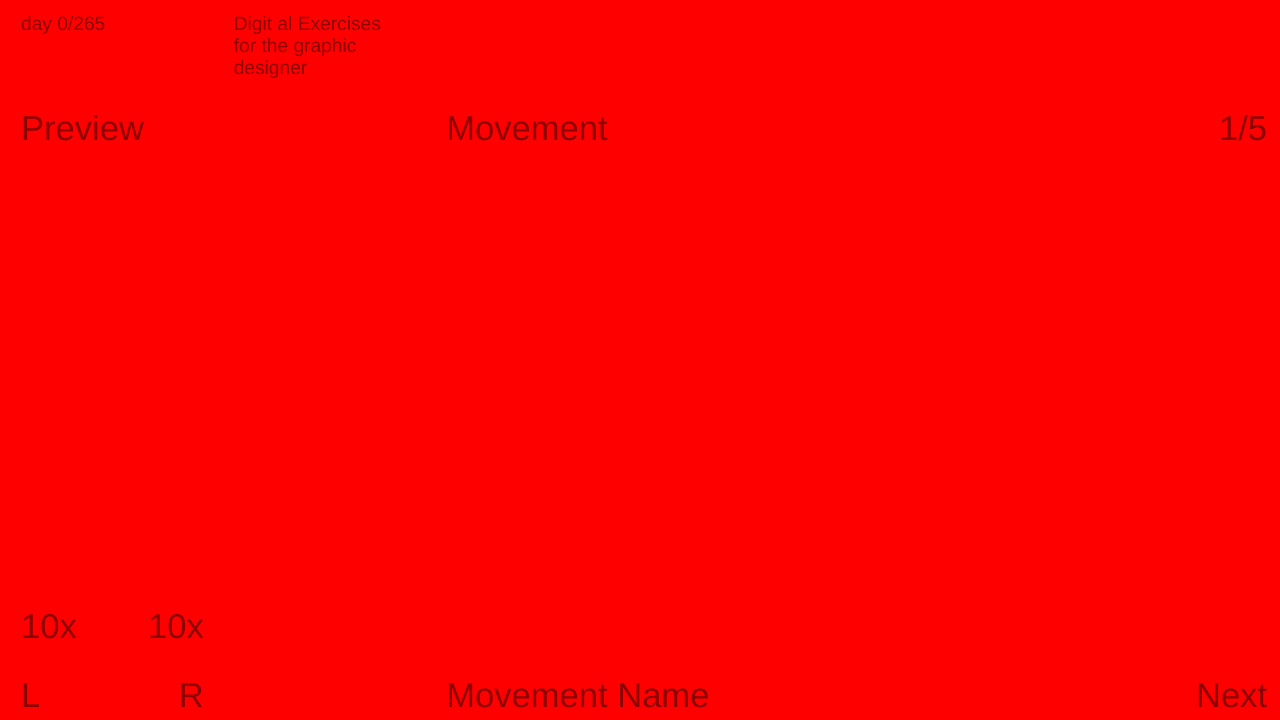
Repository: NoIdeasStudio/holiday-card-2024
Page: digit-al-exercises.html
These files come from the project's save history. The page is drawn as it stood at one moment and after the next save; the edit follows.
The browser window is 1280 px wide. The pictures show the whole page.

Above is the page before, as saved 2024-12-04 12:53:18.

### digit-al-exercises.html
<!DOCTYPE html>
<html lang="en">
<head>
    <meta charset="UTF-8">
    <meta name="viewport" content="width=device-width, initial-scale=1.0">
    <title>digit-al exercises</title>
    <link rel="stylesheet" href="style.css">
</head>
<body>

    <div class="wrapper">
        <header class="small-text header-1">day 0/265</header>
        <header class="small-text header-2">Digit al Exercises <br> for the graphic designer</header>

        <content class="large-text content-header-1">Preview</content>
        <content class="large-text content-header-2">Movement</content>
        <content class="large-text content-header-3">1/5</content>

        <footer class="large-text content-footer-1">10x 10x</footer>
        <footer class="large-text content-footer-2">L R</footer>
        <footer class="large-text content-footer-3">Movement Name</footer>
        <footer class="large-text content-footer-4">Next</footer>

      </div>

</body>
</html>

### style.css
* {
    box-sizing: border-box;
    background-color: #FF0000;
    color: #8D0000;
  }

  .wrapper {
    height: 100vh;
    width: 100vw;
    position: fixed;
    margin: 0 auto;
    font: 1.2em Helvetica, arial, sans-serif;
    display: grid;
    grid-template-columns: repeat(6, [col-start] 4fr);
    grid-template-rows: repeat(12, [row-start] 4fr);
    gap: 20px;
    padding-left: .5rem;
    padding-right: 1rem;
    padding-bottom: .5rem;
  }

  .wrapper > * {
    padding: 5px;
  }

  .large-text{
    font: 1.8em Helvetica, arial, sans-serif;
  }
  .small-text{
    font: 1em Helvetica, arial, sans-serif;
  }

  .header-1{
    grid-column: col-start 1 / span 1;
    grid-row: 1 / 1;
  }
  .header-2{
    grid-column: col-start 2 / span 1;
    grid-row: 1 / 1;
  }
  .content-header-1{
    grid-column: col-start 1 / span 1;
    grid-row: 2 ;
  }
  .content-header-2{
    grid-column: col-start 3 / span 2;
    grid-row: 2 ;
  }
  .content-header-3{
    grid-column: col-start 5 / span 2;
    grid-row: 2 ;
    text-align: right;
  }

  .content-footer-1{
    grid-column: col-start 1 / span 1;
    grid-row: 11 ;
    text-align-last: justify;
  }
  .content-footer-2{
    grid-column: col-start 1 / span 1;
    grid-row: 12 ;
    text-align-last: justify;
  }
  .content-footer-3{
    grid-column: col-start 3 / span 2;
    grid-row: 12 ;
  }
  .content-footer-4{
    grid-column: col-start 5 / span 2;
    grid-row: 12 ;
    text-align: right;
  }



  /* @media (min-width: 500px) {
    .wrapper {
      grid-template-columns: 1fr 3fr;
      grid-template-areas:
        "header  header"
        "nav     nav"
        "sidebar content"
        "ad      footer";
    }
    nav ul {
      display: flex;
      justify-content: space-between;
    }
  } */

  /* @media (min-width: 700px) {
    .wrapper {
      grid-template-columns: 1fr 4fr 1fr;
      grid-template-areas:
        "header header  header"
        "nav    content sidebar"
        "nav    content ad"
        "footer footer  footer";
    }
    nav ul {
      flex-direction: column;
    }
  } */

After the next save:
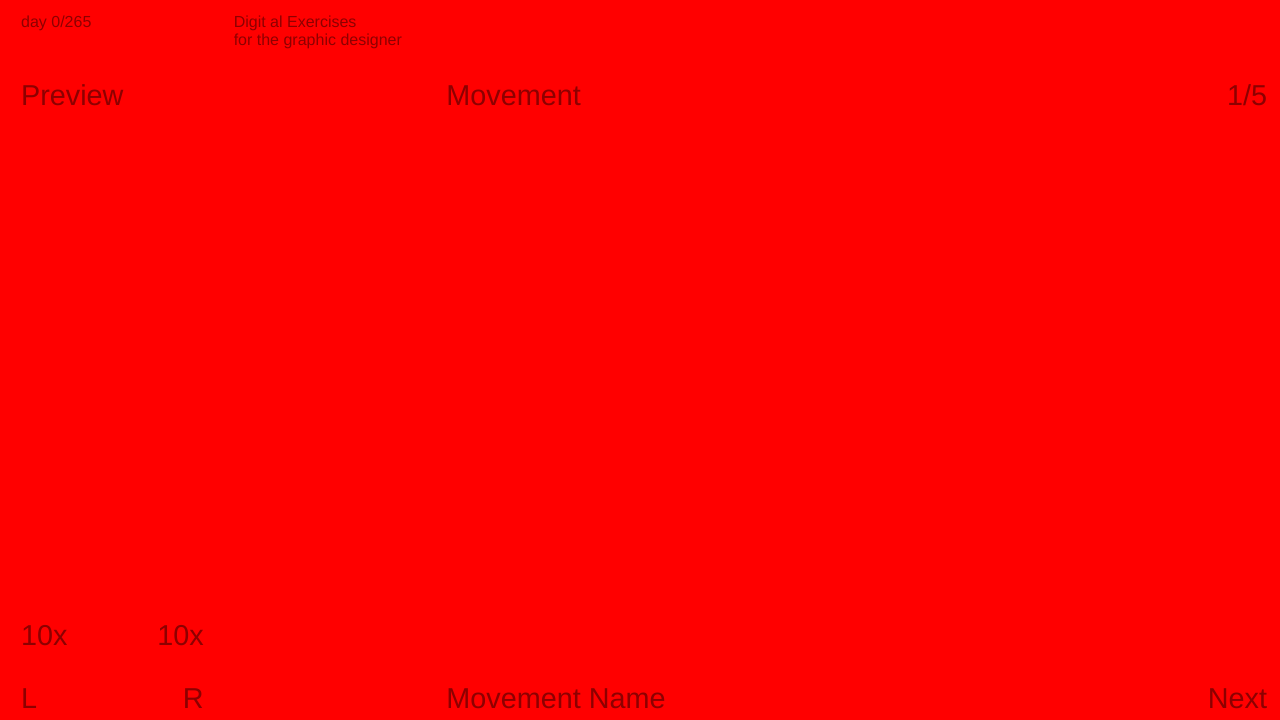
Saved 9 s later.
--- a/style.css
+++ b/style.css
@@ -9,7 +9,6 @@
     width: 100vw;
     position: fixed;
     margin: 0 auto;
-    font: 1.2em Helvetica, arial, sans-serif;
     display: grid;
     grid-template-columns: repeat(6, [col-start] 4fr);
     grid-template-rows: repeat(12, [row-start] 4fr);
